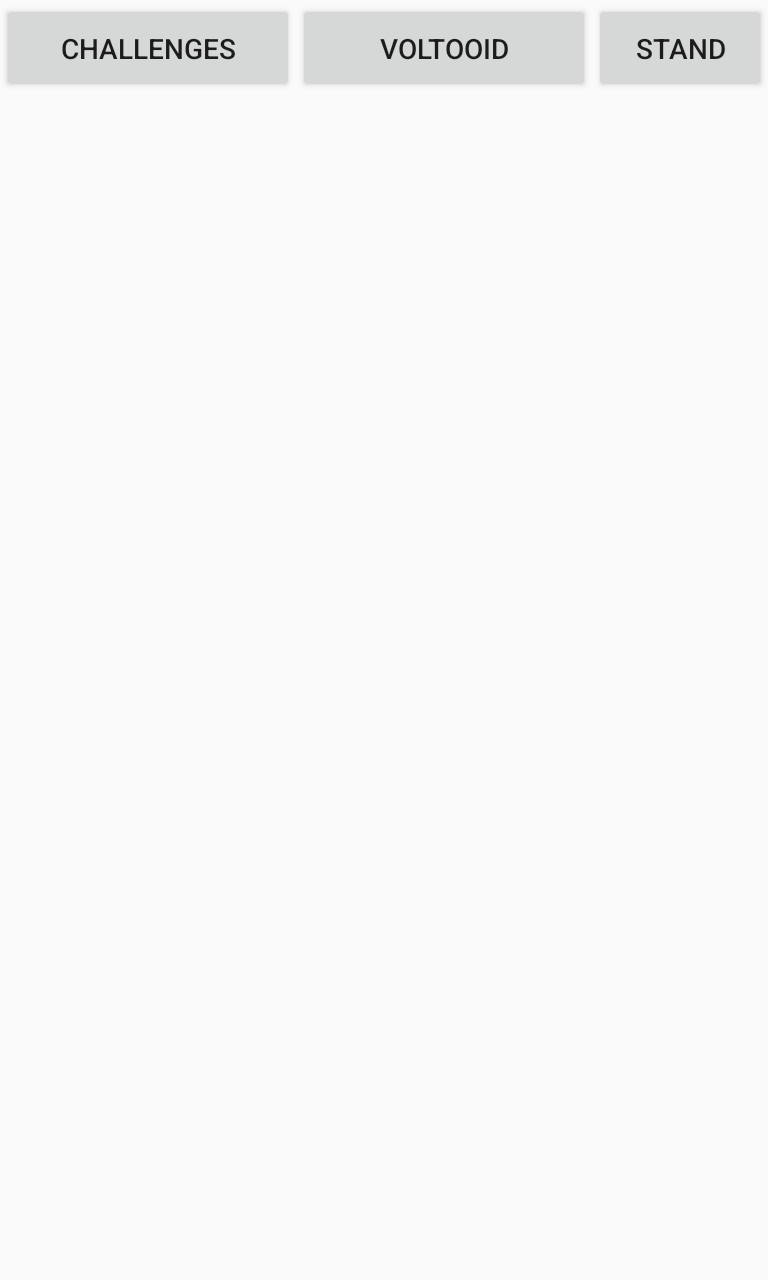
Repository: MarcSelles/BeatYourBucketAndroid
Layout: The_app/BeatYourBucket/res/layout/fragment_challenge_buttons.xml
An editor plug-in stored every save of this project. The layout is shown before and after the next save, followed by the edit.
It is drawn on a 768 x 1280 px phone screen (xhdpi) without system bars, with theme AppTheme; the app's code is not run.

Above is the layout before, as saved 2015-01-27 09:49:39.

After the next save:
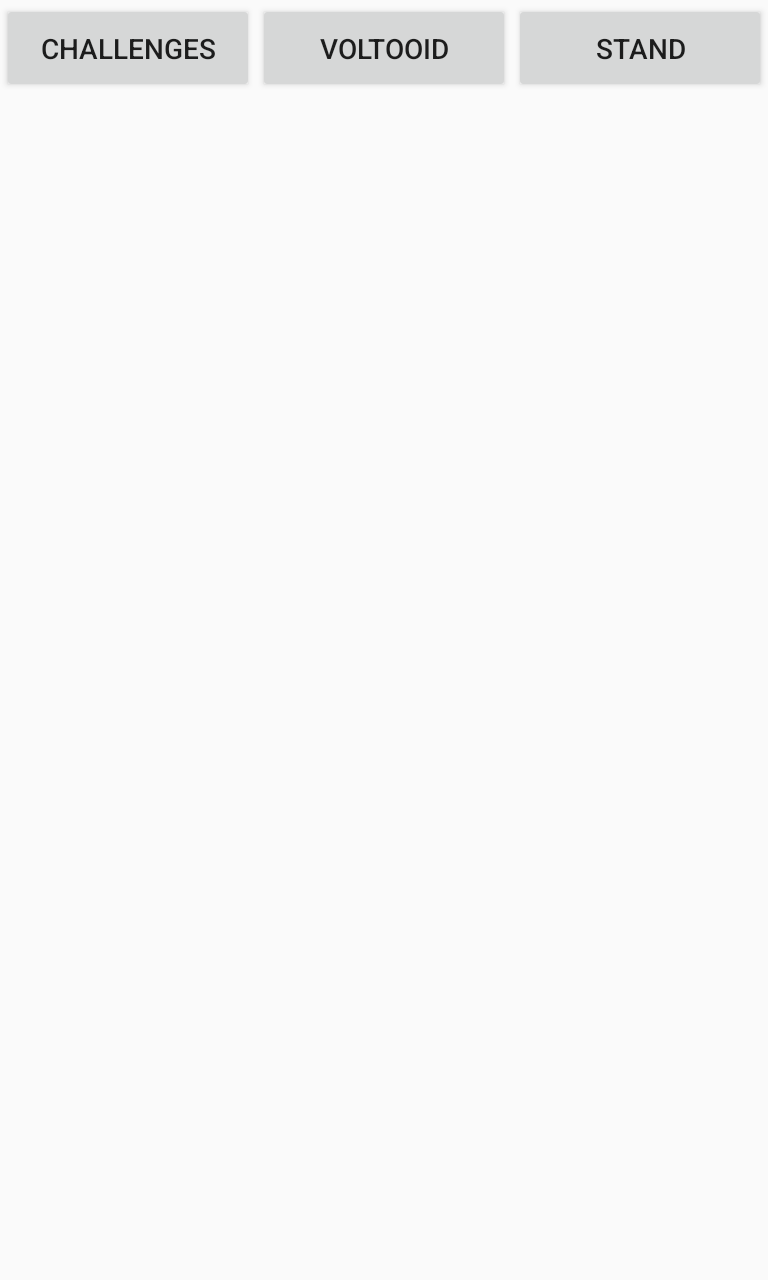
Saved 6 s later.
--- a/The_app/BeatYourBucket/res/layout/fragment_challenge_buttons.xml
+++ b/The_app/BeatYourBucket/res/layout/fragment_challenge_buttons.xml
@@ -32,7 +32,8 @@
 
 	    <Button
 	        android:id="@+id/score"
-	        android:layout_width="wrap_content"
+	        android:layout_width="0sp"
+	        android:layout_weight="0.3333333"
             android:layout_height="wrap_content"
             android:layout_gravity="center_horizontal|center"
             android:onClick="makeTabs2"
